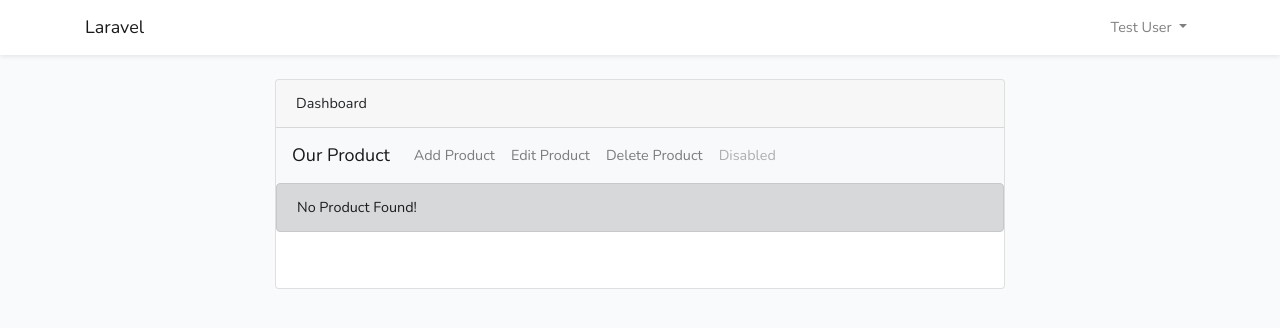
Repository: Fateen980/Tawfiq
Page: http://localhost/home
These files come from the project's save history. The page is drawn as it stood at one moment and after the next save; the edit follows.
The browser window is 1280 px wide. The pictures show the whole page.
The page is served by the project's Laravel application, run on PHP 8.4 with Laravel 8. A made-up administrator, Test User (test@example.com), is signed in. Queries for data that is not in the repository find no rows.

Above is the page before, as saved 2020-09-17 10:02:59.

After the next save:
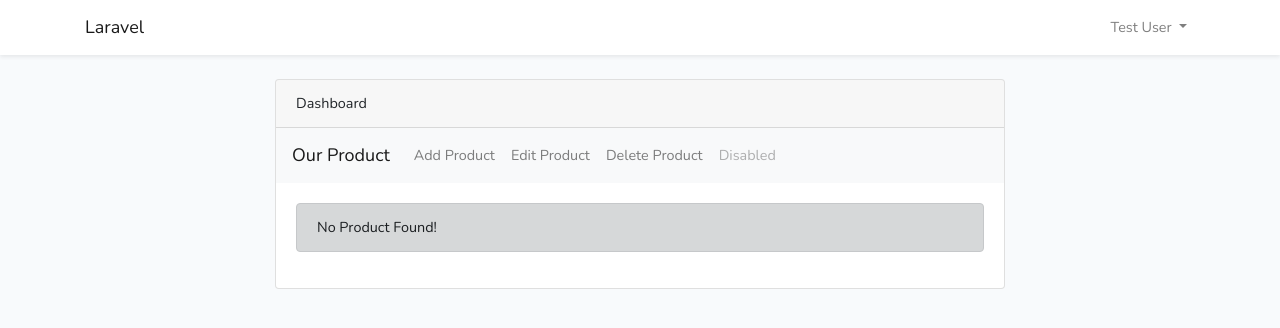
Saved 41 s later.
--- a/resources/views/home.blade.php
+++ b/resources/views/home.blade.php
@@ -32,13 +32,7 @@
 </nav>
 
 
-@if (count($Products) === 0)
 
-<div class="alert alert-dark" role="alert">
-  No Product Found!
-</div>
-
-@endif
 
 
 @foreach ($Products as $product)
@@ -54,6 +48,17 @@
 
 
                 <div class="card-body">
+
+
+                        @if (count($Products) === 0)
+
+                        <div class="alert alert-dark" role="alert">
+                        No Product Found!
+                        </div>
+
+                        @endif
+
+
                     @if (session('status'))
                         <div class="alert alert-success" role="alert">
                             {{ session('status') }}
